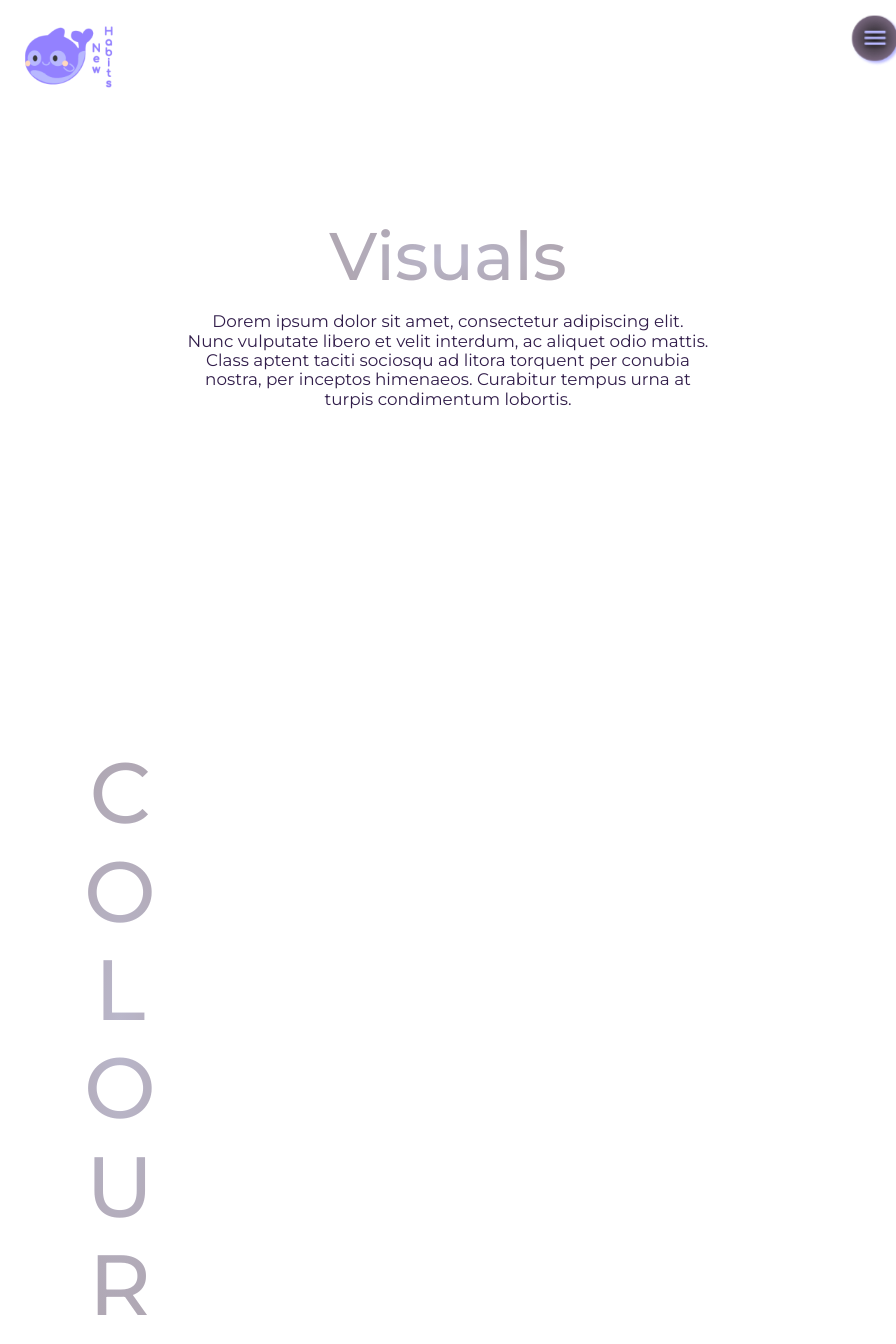
Repository: sierralaurent/Styleguide-Big_Project
Page: visuals.html
An editor plug-in stored every save of this project. The page is shown before and after the next save, followed by the edit.
The browser window is 1280 px wide. The pictures show the part of the page from y = 0 to 1920 px (the page is 3164 px tall), at 70% of full size.
Some web fonts or font styles are not loaded; a fallback is used.

Above is the page before, as saved 2023-03-10 13:44:01.

### visuals.html
<!DOCTYPE html>
<html lang="en">
  <head>
    <title>New Habits Web-App | Visuals </title>
    <meta property="og:title" content="Welcome to the New Habits Web-App Home Page" />
    <meta name="viewport" content="width=device-width, initial-scale=1.0" />
    <meta charset="utf-8" />
    <link rel="icon" type="image/x-icon" href="/assets/favicon.ico">

    <link
      rel="stylesheet"
      href="https://fonts.googleapis.com/css2?family=Montserrat:ital,wght@0,100;0,200;0,300;0,400;0,500;0,600;0,700;0,800;0,900;1,100;1,200;1,300;1,400;1,500;1,600;1,700;1,800;1,900&amp;display=swap"
      data-tag="font"
    />
    <link rel="stylesheet" href="./style.css" />
    <link href="./visuals.css" rel="stylesheet" />
    <link href="./navstyle.css" rel="stylesheet" />

  </head>
  <header>
    <div class="logo">
      <a href="index.html">
        <img src="assets/logo.png" alt="logo" />
      </a>
    </div>
    <div class="navigation">
      <button class="hamburger" onclick="show()">
        <img src="assets/burger.png" />
      </button>
      <nav>
        <h1 class="menutitle">Menu</h1>
        <ul>
          <li><a href="home.html">Home</a></li>
          <li><a>Logo</a></li>
          <li><a>Colours & Typo</a></li>
          <li><a href="visuals.html">Visuals</a></li>
        </ul>
      </nav>
    </div>
    <script src="nav.js"></script>
  </header>
  <body>
    <div>
      <div class="home-container">
        <div class="home-container1">
          <div class="home-container2">
            <h1 class="home-text01 Title">Visuals</h1>
            <p class="home-text02 body">
              Dorem ipsum dolor sit amet, consectetur adipiscing elit. Nunc
              vulputate libero et velit interdum, ac aliquet odio mattis. Class
              aptent taciti sociosqu ad litora torquent per conubia nostra, per
              inceptos himenaeos. Curabitur tempus urna at turpis condimentum
              lobortis.
            </p>
          </div>
        </div>
        <div class="home-container3">
          <p class="home-text03 sidetitle">
            <span>C</span>
            <br />
            <span>O</span>
            <br />
            <span>L</span>
            <br />
            <span>O</span>
            <br />
            <span>U</span>
            <br />
            <span>R</span>
            <br />
          </p>
          <div class="home-text17 body">
            <div class="Colours"></div>
          </div>
        </div>
        <div class="home-container3">
            <p class="home-text03 sidetitle">
              <span>I</span>
              <br />
              <span>C</span>
              <br />
              <span>O</span>
              <br />
              <span>N</span>
              <br />
              <span>S</span>
              <br />
            </p>
            <p class="home-text17 body">
              Dorem ipsum dolor sit amet, consectetur adipiscing elit. Nunc
              vulputate libero et velit interdum, ac aliquet odio mattis. Class
              aptent taciti sociosqu ad litora torquent per conubia nostra, per
              inceptos himenaeos. Curabitur tempus urna at turpis condimentum
              lobortis.
            </p>
          </div>
        <footer class="home-footer">
          <p class="home-text24">
            © 2023 New Habits, All Rights Reserved.
          </p>
        </footer>
      </div>
    </div>
  </body>
</html>

### style.css
:root {
  --dl-black: #212121ff;
  --dl-creme: #f9f9ffff;
  --dl-white: #f8f9f9ff;
  --dark-purple: #311D4A;

}

.body {
  font-size: 24px;
  font-family: Montserrat;
  font-weight: 400;
  line-height: 1.15;
  text-transform: none;
  text-decoration: none;
}
.sidetitle {
  font-size: 122px;
  font-family: Montserrat;
  font-weight: 500;
  line-height: 1.15;
  text-transform: none;
  text-decoration: none;
}
.Title {
  font-size: 96px;
  font-family: Montserrat;
  font-weight: 500;
  line-height: 1.15;
  text-transform: none;
  text-decoration: none;
}

html {
  line-height: 1.15;
}
body {
  margin: 0;
}
* {
  box-sizing: border-box;
  border-width: 0;
  border-style: solid;
}
p,
li,
ul,
pre,
div,
h1,
h2,
figure,
blockquote,
figcaption {
  margin: 0;
  padding: 0;
}

a {
  color: inherit;
  text-decoration: inherit;
}
input {
  padding: 2px 4px;
}
img {
  display: block;
}
html {
  scroll-behavior: smooth;
}

### visuals.css
/* Define the scrollbar style */
::-webkit-scrollbar {
    width: 10px;
  }

  ::-webkit-scrollbar-thumb {
    background-image: linear-gradient(180deg, var(--light-purple) 0%, var(--main-purple) 99%);
    box-shadow: inset 2px 2px 5px 0 var(--creme);
    border-radius: 100px;
  }

  html {
    font-family: Montserrat;
    font-size: 24px;
    scroll-behavior: smooth;
  }

  body {
    font-weight: 400;
    font-style: normal;
    text-decoration: none;
    text-transform: none;
    letter-spacing: normal;
    line-height: 1.15;
    color: var(--black);
    background-color: var(--creme);
  }

  .home-container {
    width: 100%;
    display: flex;
    overflow: auto;
    min-height: 100vh;
    align-items: center;
    flex-direction: column;
  }
  .home-container1 {
    flex: 0 0 auto;
    width: auto;
    height: auto;
    display: flex;
    align-items: flex-start;
    justify-content: center;
  }
  .home-container2 {
    flex: 0 0 auto;
    width: auto;
    display: flex;
    align-self: center;
    margin-top: 5rem;
    align-items: center;
    margin-bottom: 15rem;
    flex-direction: column;
    justify-content: center;
  }
  .home-text {
    font-size: 36px;
    text-align: center;
    font-family: Montserrat;
    background: linear-gradient(0deg, rgba(0, 0, 0, 0.2), rgba(0, 0, 0, 0.2)),
      radial-gradient(
        50% 50% at 50% 50%,
        rgba(147, 129, 255, 0.2) 0%,
        rgba(79, 26, 98, 0.2) 94.12%
      );
    -webkit-background-clip: text;
    -webkit-text-fill-color: transparent;
    background-clip: text;
    text-fill-color: transparent;
  }
  .home-text01 {
    margin-top: 1rem;
    text-align: center;
    margin-bottom: 1rem;
    background: linear-gradient(0deg, rgba(0, 0, 0, 0.2), rgba(0, 0, 0, 0.2)),
      radial-gradient(
        50% 50% at 50% 50%,
        rgba(147, 129, 255, 0.2) 0%,
        rgba(79, 26, 98, 0.2) 94.12%
      );
    -webkit-background-clip: text;
    -webkit-text-fill-color: transparent;
    background-clip: text;
    text-fill-color: transparent;
  }
  .home-text02 {
    width: 31rem;
    text-align: center;
    color: var(--dark-purple);
  }
  .home-container3 {
    flex: 0 0 auto;
    width: 100%;
    height: auto;
    display: flex;
    align-items: flex-start;
    justify-content: center;
  }
  .home-text03 {
    width: 25rem;
    text-align: center;
    background: linear-gradient(0deg, rgba(0, 0, 0, 0.2), rgba(0, 0, 0, 0.2)),
      radial-gradient(
        50% 50% at 50% 50%,
        rgba(147, 129, 255, 0.2) 0%,
        rgba(79, 26, 98, 0.2) 94.12%
      );
    -webkit-background-clip: text;
    -webkit-text-fill-color: transparent;
    background-clip: text;
    text-fill-color: transparent;
  }
  .home-text17 {
    width: auto;
    margin-top: 5rem;
    text-align: left;
    margin-left: 5rem;
    margin-right: 5rem;
    margin-bottom: 5rem;
    color: var(--dark-purple);
  }
  .home-container4 {
    flex: 0 0 auto;
    width: auto;
    height: auto;
    display: flex;
    align-items: flex-start;
    justify-content: center;
  }
  .colours{
    border-radius: 5%;
    background-color: aqua;
  }
  .home-container5 {
    flex: 0 0 auto;
    display: flex;
    align-items: flex-start;
    flex-direction: column;
  }
  .home-text18 {
    width: auto;
    margin-top: 15rem;
    text-align: center;
    margin-bottom: 5rem;
    background: linear-gradient(0deg, rgba(0, 0, 0, 0.2), rgba(0, 0, 0, 0.2)),
      radial-gradient(
        50% 50% at 50% 50%,
        rgba(147, 129, 255, 0.2) 0%,
        rgba(79, 26, 98, 0.2) 94.12%
      );
    -webkit-background-clip: text;
    -webkit-text-fill-color: transparent;
    background-clip: text;
    text-fill-color: transparent;
  }
  .home-container6 {
    flex: 0 0 auto;
    width: auto;
    height: auto;
    display: flex;
    align-items: flex-start;
    margin-bottom: 15rem;
    justify-content: center;
  }
  .home-olivia {
    flex: 0 0 auto;
    display: flex;
    align-items: center;
    flex-direction: column;
  }
  .home-olivia-text {
    width: 25rem;
    font-size: 96px;
    text-align: center;
    font-family: Montserrat;
    font-weight: 500;
    line-height: 1.15;
    margin-bottom: 2rem;
    text-transform: none;
    text-decoration: none;
    background: linear-gradient(0deg, rgba(0, 0, 0, 0.2), rgba(0, 0, 0, 0.2)),
      radial-gradient(
        50% 50% at 50% 50%,
        rgba(147, 129, 255, 0.2) 0%,
        rgba(79, 26, 98, 0.2) 94.12%
      );
    -webkit-background-clip: text;
    -webkit-text-fill-color: transparent;
    background-clip: text;
    text-fill-color: transparent;
  }
  .home-text19 {
    width: 15rem;
    align-self: center;
    text-align: center;
    color: var(--dark-purple);
  }
  .home-elijah {
    flex: 0 0 auto;
    display: flex;
    align-items: center;
    flex-direction: column;
  }
  .home-elijah-text {
    width: 25rem;
    font-size: 96px;
    text-align: center;
    font-family: Montserrat;
    font-weight: 500;
    line-height: 1.15;
    margin-bottom: 2rem;
    text-transform: none;
    text-decoration: none;
    background: linear-gradient(0deg, rgba(0, 0, 0, 0.2), rgba(0, 0, 0, 0.2)),
      radial-gradient(
        50% 50% at 50% 50%,
        rgba(147, 129, 255, 0.2) 0%,
        rgba(79, 26, 98, 0.2) 94.12%
      );
    -webkit-background-clip: text;
    -webkit-text-fill-color: transparent;
    background-clip: text;
    text-fill-color: transparent;
  }
  .home-text20 {
    width: 15rem;
    align-self: center;
    text-align: center;
    color: var(--dark-purple);
  }
  .home-sierra {
    flex: 0 0 auto;
    display: flex;
    align-items: center;
    flex-direction: column;
  }
  .home-sierra-text {
    width: 25rem;
    font-size: 96px;
    text-align: center;
    font-family: Montserrat;
    font-weight: 500;
    line-height: 1.15;
    margin-bottom: 2rem;
    text-transform: none;
    text-decoration: none;
    background: linear-gradient(0deg, rgba(0, 0, 0, 0.2), rgba(0, 0, 0, 0.2)),
      radial-gradient(
        50% 50% at 50% 50%,
        rgba(147, 129, 255, 0.2) 0%,
        rgba(79, 26, 98, 0.2) 94.12%
      );
    -webkit-background-clip: text;
    -webkit-text-fill-color: transparent;
    background-clip: text;
    text-fill-color: transparent;
  }
  .home-text21 {
    width: 15rem;
    align-self: center;
    text-align: center;
    color: var(--dark-purple);
  }
  .home-text23 {
    width: 15rem;
    align-self: center;
    text-align: center;
  }
  .home-footer {
    width: 100%;
    height: 197px;
    display: flex;
    max-width: auto;
    align-self: center;
    align-items: center;
    padding-top: 32px;
    padding-left: 48px;
    padding-right: 48px;
    padding-bottom: 32px;
    justify-content: center;
  }
  .home-text24 {
    text-align: center;
    color: var(--dark-purple);

  }
  @media (max-width: 1600px) {
    .home-container1 {
      width: 100%;
    }
    .home-container2 {
      align-items: center;
      justify-content: center;
    }
    .home-text01 {
      margin-top: 1rem;
      margin-bottom: 1rem;
    }
    .home-container3 {
      width: 100%;
    }
    .home-text03 {
      width: auto;
      margin: 3rem;
      padding: 2rem;
    }
    .home-text17 {
      width: 40rem;
      margin-top: 7rem;
      text-align: left;
      margin-right: 5rem;
    }
    .home-container4 {
      width: auto;
      justify-content: center;
    }
    .home-container5 {
      width: auto;
      height: auto;
      align-items: center;
      justify-content: center;
    }
    .home-text18 {
      width: auto;
      height: auto;
      margin-top: 5rem;
      text-align: center;
      margin-bottom: 5rem;
    }
    .home-container6 {
      width: 100%;
      margin-bottom: 15rem;
    }
    .home-olivia {
      width: 20rem;
      height: auto;
      align-items: center;
      justify-content: center;
    }
    .home-olivia-text {
      width: auto;
      font-size: 46px;
      font-family: Montserrat;
      font-weight: 500;
      line-height: 1.15;
      margin-bottom: 2rem;
      text-transform: none;
      text-decoration: none;
    }
    .home-text19 {
      width: 15rem;
      text-transform: none;
    }
    .home-elijah {
      width: 20rem;
      height: auto;
      align-items: center;
      justify-content: center;
    }
    .home-elijah-text {
      width: auto;
      font-size: 46px;
      font-family: Montserrat;
      font-weight: 500;
      line-height: 1.15;
      margin-bottom: 2rem;
      text-transform: none;
      text-decoration: none;
    }
    .home-text20 {
      width: 15rem;
      text-transform: none;
    }
    .home-sierra {
      width: 20rem;
      height: auto;
      align-items: center;
      justify-content: center;
    }
    .home-sierra-text {
      width: auto;
      font-size: 46px;
      font-family: Montserrat;
      font-weight: 500;
      line-height: 1.15;
      margin-bottom: 2rem;
      text-transform: none;
      text-decoration: none;
    }
    .home-text21 {
      margin-bottom: 2rem;
    }
    .home-text23 {
      width: 15rem;
      text-transform: none;
      color: var(--dark-purple);
    }
  }
  @media (max-width: 1200px) {
    .home-text01 {
      margin-top: 1rem;
      margin-bottom: 1rem;
    }
    .home-container6 {
      align-items: center;
    }
    .home-olivia {
      width: 15rem;
      margin-left: 1rem;
      margin-right: 1rem;
    }
    .home-olivia-text {
      width: auto;
    }
    .home-text19 {
      width: 12rem;
    }
    .home-elijah {
      width: 15rem;
      margin-left: 1rem;
      margin-right: 1rem;
    }
    .home-elijah-text {
      width: auto;
    }
    .home-text20 {
      width: 12rem;
    }
    .home-sierra {
      width: 15rem;
      margin-left: 1rem;
    }
    .home-sierra-text {
      width: auto;
    }
    .home-text23 {
      width: 12rem;
    }
  }
  @media (max-width: 991px) {
    .home-container2 {
      width: 100%;
      height: 307px;
    }
    .home-text01 {
      margin-top: 1rem;
      margin-bottom: 1rem;
    }
    .home-container6 {
      align-items: center;
      flex-direction: column;
    }
    .home-olivia {
      width: 20rem;
      margin-bottom: 3rem;
    }
    .home-olivia-text {
      width: auto;
    }
    .home-text19 {
      width: auto;
    }
    .home-elijah {
      width: 20rem;
      margin-bottom: 3rem;
    }
    .home-elijah-text {
      width: auto;
    }
    .home-text20 {
      width: auto;
    }
    .home-sierra {
      width: 20rem;
    }
    .home-sierra-text {
      width: auto;
    }
    .home-text23 {
      width: 100%;
    }
  }
  @media (max-width: 767px) {
    .home-text01 {
      margin-top: 1rem;
      margin-bottom: 1rem;
    }
    .home-footer {
      padding-left: 32px;
      padding-right: 32px;
    }
    .home-text24 {
      text-align: center;
      margin-left: 16px;
      margin-right: 16px;
    }
  }
  @media (max-width: 479px) {
    .home-text01 {
      margin-top: 1rem;
      margin-bottom: 1rem;
    }
    .home-text02 {
      width: 479px;
    }
    .home-text03 {
      margin-top: 0rem;
      margin-left: 3rem;
      margin-right: 0rem;
      margin-bottom: 0rem;
    }
    .home-footer {
      padding: 16px;
      flex-direction: column;
    }
    .home-text24 {
      margin-left: 0px;
      margin-right: 0px;
      margin-bottom: 16px;
    }
  }

### navstyle.css
@import url("https://fonts.cdnfonts.com/css/montserrat");

* {
  margin: 0;
  padding: 0;
  font-family: "Montserrat", sans-serif;
}

a,
button {
  cursor: pointer;
}

nav {
  position: absolute;
  top: 30px;
  right: 30px;
  width: 250px;
}

.navigation {
  position: fixed;
  top: 0;
  right: -500px;
  width: 312px;
  height: 100%;
  background-image: url("assets/background.png");
  background-size: cover;
  transition: 0.5s;
  border-radius: 27px 0 0 27px;
}

.logo {
    margin: 1.5rem;
}

.menutitle {
  font-family: "Montserrat", sans-serif;
  font-style: normal;
  font-weight: 400;
  font-size: 24px;
  display: flex;
  align-items: left;
  color: rgba(255, 255, 255, 0.32);
  margin: 1rem;
}

.navigation ul li {
  display: flex;
  color: rgba(255, 255, 255, 0.5);
  line-height: 20px;
  text-align: left;
  font-weight: 500;
  list-style-type: none;
  font-size: 14px;
  padding: 20px 30px;
  border-bottom: 0px 64px 64px -32px rgba(41, 15, 0, 0.56);
  transition: all 0.3s ease;
}

.navigation ul li:hover {
  padding: 16px 20px;
  background-image: url("assets/hover.png");
  background-size: cover;
  border-radius: 12px;
}

.hamburger,
.bar {
  position: fixed;
}

.hamburger {
  display: block;
  top: 5%;
  left: 95%;
  width: 30px;
  height: 30px;
  transform: translateY(-50%);
  border: 0;
  background: 0 0;
}

.hamburger.hidden {
  display: none; /* Hide the menu button */
}

.navigation.active {
  right: 0;
  z-index: 1;
}

### nav.js
const hamburger = document.querySelector('.hamburger');
const navigation = document.querySelector('.navigation');

document.addEventListener('click', function(event) {
  const isClickInside = navigation.contains(event.target) || hamburger.contains(event.target);
  if (!isClickInside) {
    navigation.classList.remove('active');
    hamburger.classList.remove('hidden');
  }
});

hamburger.addEventListener('click', function() {
  navigation.classList.add('active');
  hamburger.classList.add('hidden');
});

After the next save:
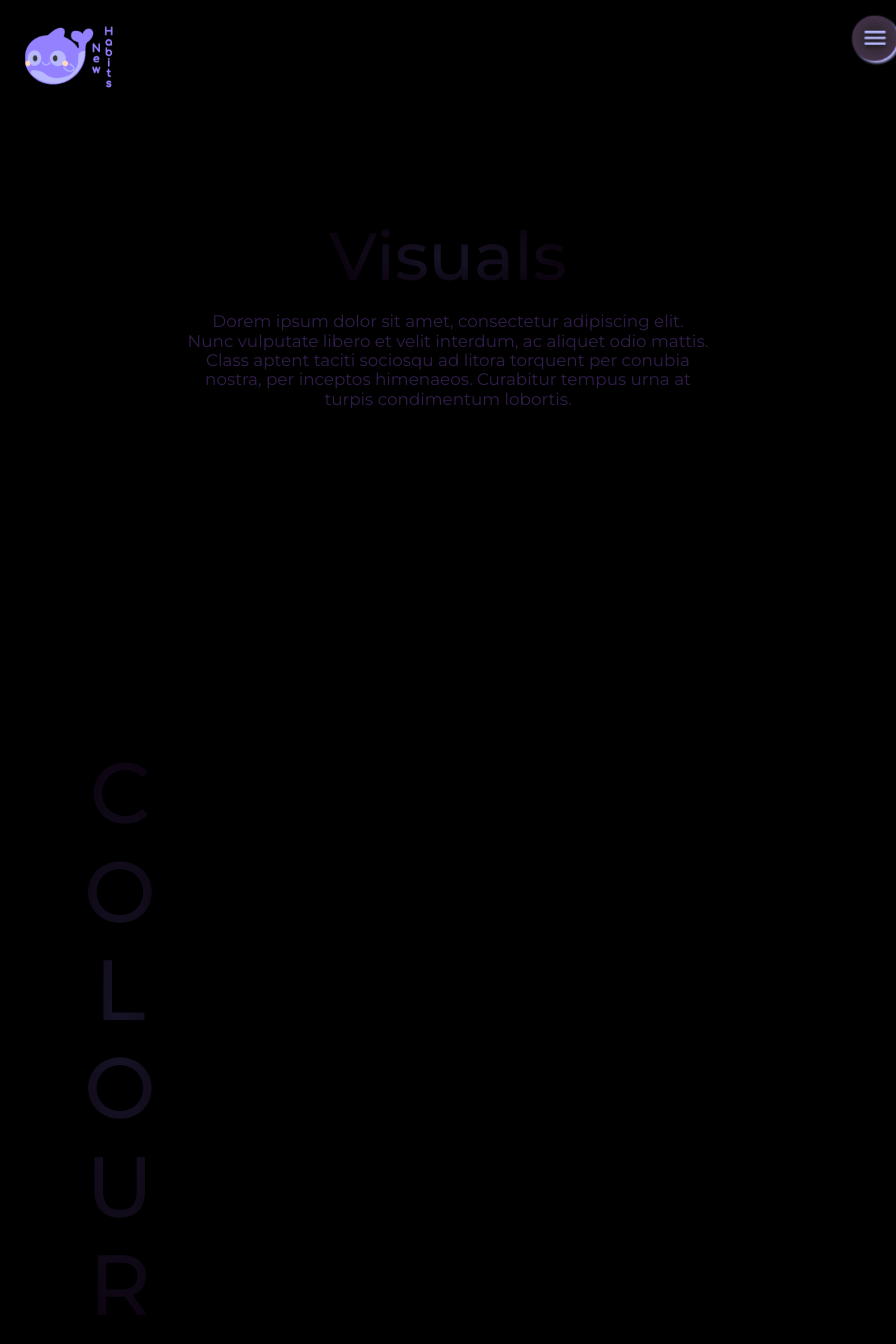
Saved 59 s later.
--- a/visuals.css
+++ b/visuals.css
@@ -23,7 +23,7 @@
     letter-spacing: normal;
     line-height: 1.15;
     color: var(--black);
-    background-color: var(--creme);
+    background-color: black;
   }
 
   .home-container {

After the save that followed:
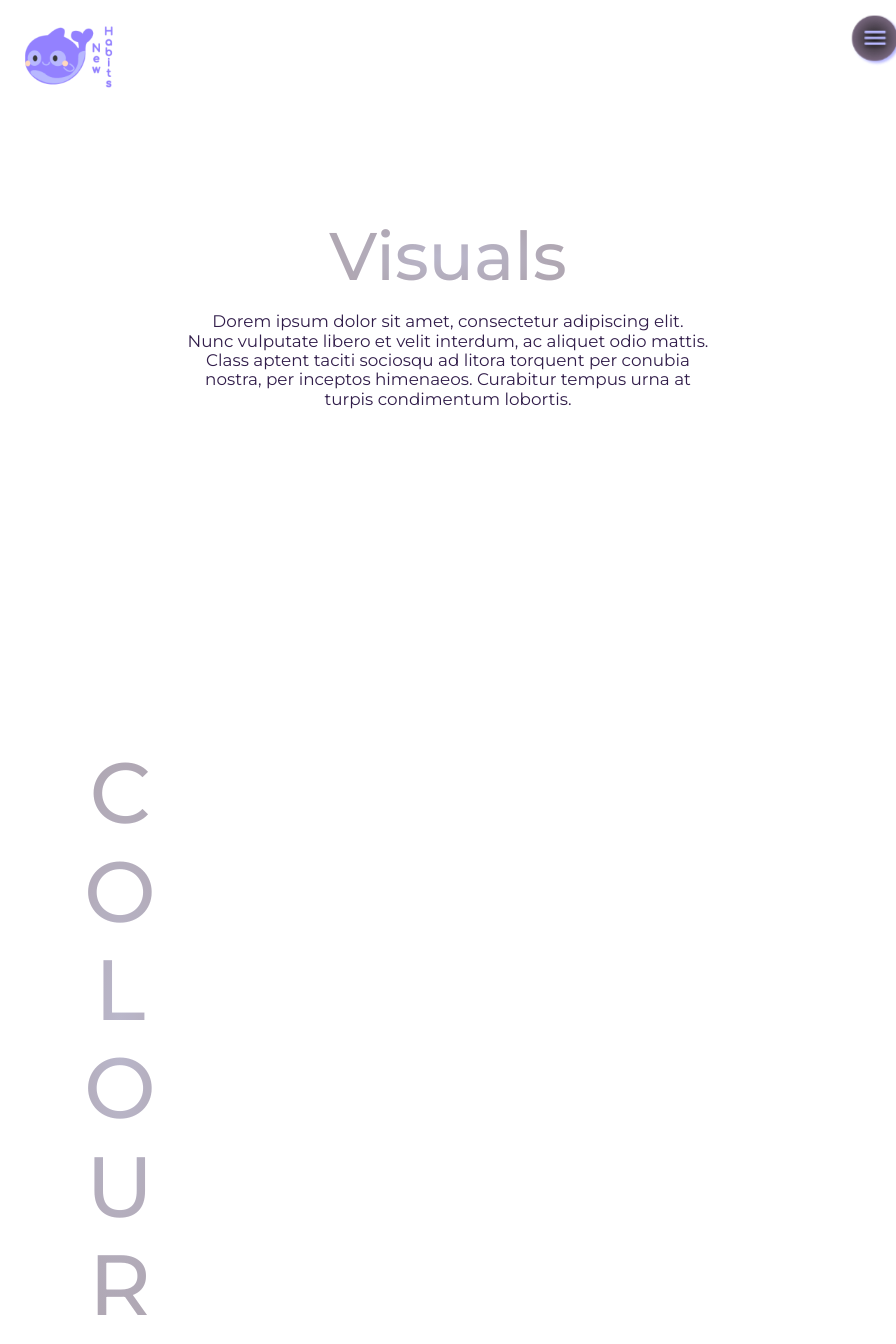
Saved 4 s later.
--- a/visuals.css
+++ b/visuals.css
@@ -23,7 +23,7 @@
     letter-spacing: normal;
     line-height: 1.15;
     color: var(--black);
-    background-color: black;
+    background-color: var(--creme);
   }
 
   .home-container {
